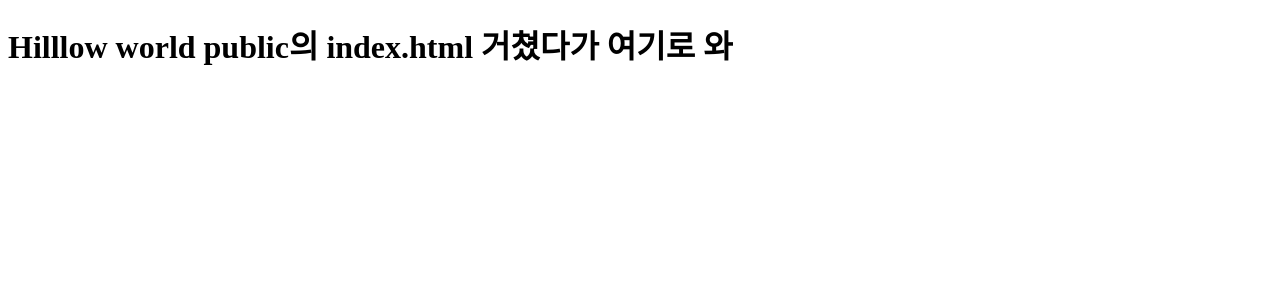
Repository: GEOkettle/SPRING_BLOG
Page: blog/src/main/resources/public/html/main/index.html
The author's editor kept a copy of each file at every save. The page is drawn from the files as they stood at one save, then again after a run of saves.
The browser window is 1280 px wide. The pictures show the whole page.

Above is the page before, as saved 2023-03-28 00:21:55.

After the next 4 saves:
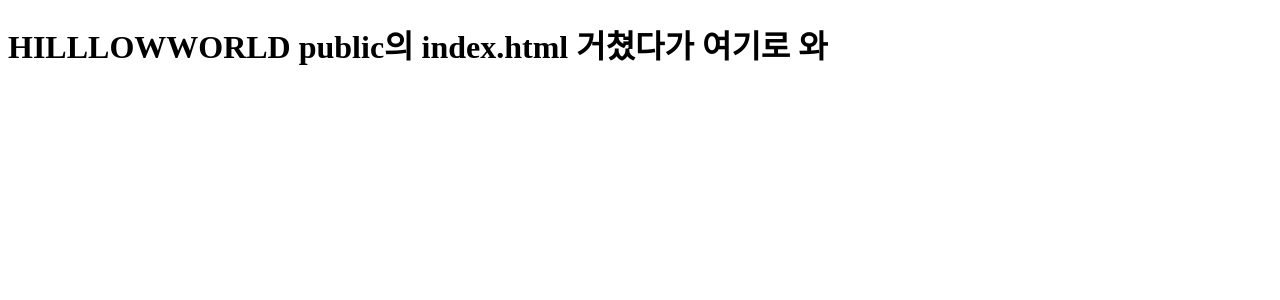
The 4 saves are shown as one change because they came seconds apart.
The last was saved 9 min 6 s later.
--- a/blog/src/main/resources/public/html/main/index.html
+++ b/blog/src/main/resources/public/html/main/index.html
@@ -10,5 +10,5 @@
 
    <body>
 
-   <h1> Hilllow world  public의 index.html 거쳤다가 여기로 와 </h1>
+   <h1> HILLLOWWORLD  public의 index.html 거쳤다가 여기로 와 </h1>
    </body>
